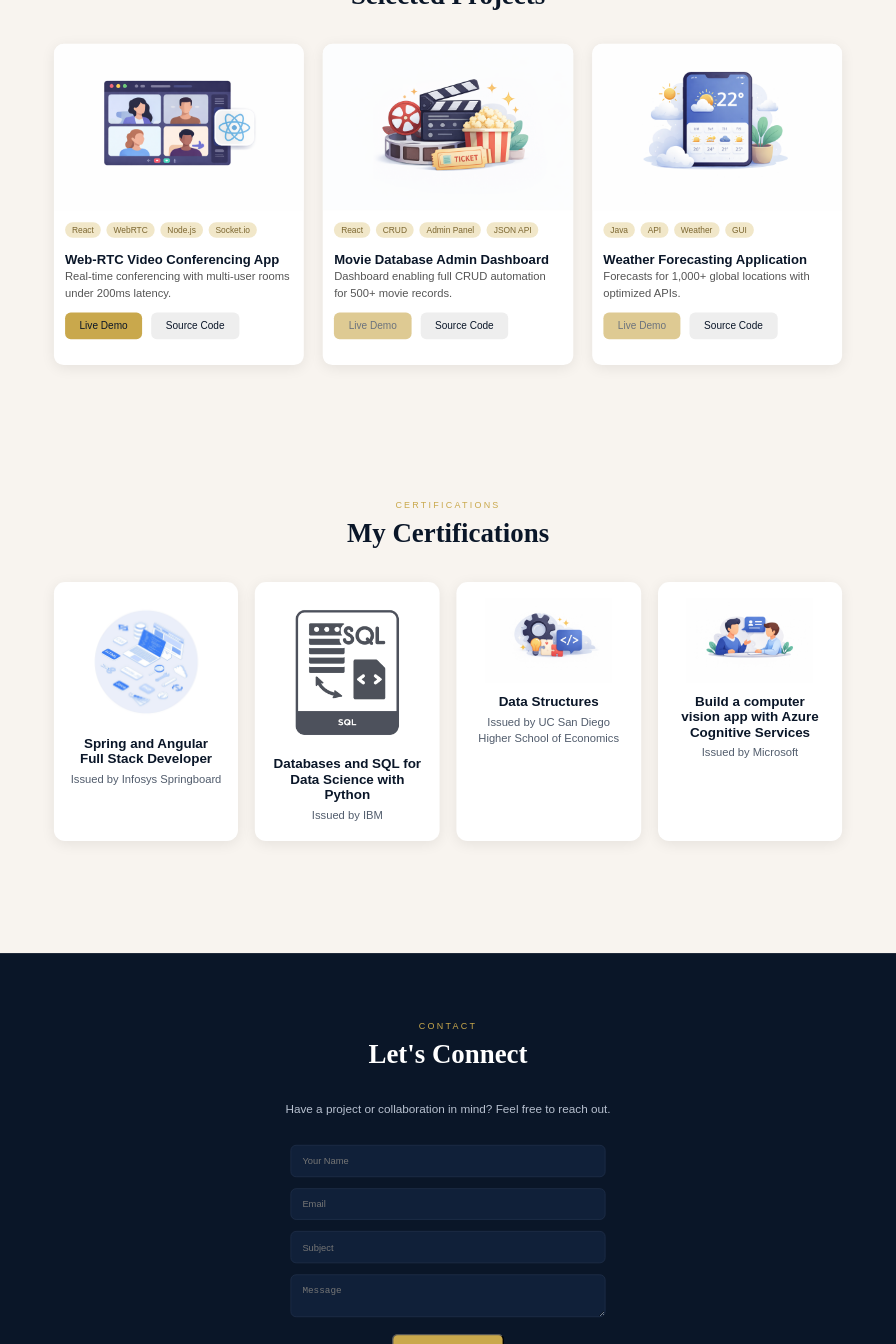
Repository: priyanshuanand12022/My-Portfolio
Page: /
The author's editor kept a copy of each file at every save. The page is drawn from the files as they stood at one save, then again after a run of saves.
The browser window is 1280 px wide. The pictures show the part of the page from y = 1301 to 3221 px (the page is 3426 px tall), at 70% of full size.
The project was rebuilt for these pictures with package versions that can differ from the ones it lists, and the page was loaded fresh each time. Also part of the build but not shown: vite.config.js.

Above is the page before, as saved 2026-02-28 22:29:39.

### index.html
<!doctype html>
<html lang="en">
  <head>
    <meta charset="UTF-8" />
    <link rel="icon" href="/favicon.png" type="image/png" sizes="32x32" />
    <link rel="apple-touch-icon" href="/favicon.png" />
    <meta name="viewport" content="width=device-width, initial-scale=1.0" />
    <title>Portfolio</title>
  </head>
  <body>
    <div id="root"></div>
    <script type="module" src="/src/main.jsx"></script>
  </body>
</html>

### src/main.jsx
import React from "react";
import ReactDOM from "react-dom/client";
import Portfolio from "./Portfolio.jsx";

ReactDOM.createRoot(document.getElementById("root")).render(
  <React.StrictMode>
    <Portfolio />
  </React.StrictMode>
);

### src/Portfolio.jsx
import { useState } from "react";
import "./Portfolio.css";
import emailjs from "emailjs-com";

// Images
import webrtcImg from "./assets/webrtc.png";
import movieImg from "./assets/movie.png";
import weatherImg from "./assets/weather.png";
import backendImg from "./assets/backend.png";
import problemImg from "./assets/problem.png";
import teamImg from "./assets/team.png";

export default function Portfolio() {
  const [submitted, setSubmitted] = useState(false);
  const [formData, setFormData] = useState({
    name: "",
    email: "",
    subject: "",
    message: "",
  });

  const handleSubmit = (e) => {
    e.preventDefault();

    emailjs
      .send(
        "service_lk6jd4n",
        "template_el7uc7k",
        {
          name: formData.name,
          email: formData.email,
          subject: formData.subject,
          message: formData.message,
        },
        "nVCyFrHKLSf0xcnOJ"
      )
      .then(() => {
        setSubmitted(true);
      })
      .catch((err) => {
        console.log("Email send error:", err);
        alert("Something went wrong!");
      });
  };

  const handleChange = (e) =>
    setFormData((prev) => ({ ...prev, [e.target.name]: e.target.value }));

  return (
    <div className="portfolio">

      {/* ================= NAVBAR ================= */}
      <nav className="nav">
  {/* Left */}
  <div className="nav-logo">Priyanshu Anand</div>

  {/* Center */}
  <ul className="nav-center">
    <li><a href="#about">About</a></li>
    <li><a href="#skills">Skills</a></li>
    <li><a href="#projects">Projects</a></li>
    <li><a href="#certifications">Certifications</a></li>
    <li><a href="#contact">Contact</a></li>
  </ul>

  {/* Right */}
  <div className="nav-right">

    {/* Resume Button */}
    <a
      href="/resume.pdf"
      className="resume-btn"
      target="_blank"
      rel="noopener noreferrer"
    >
      Resume
    </a>

    <a href="https://github.com/priyanshuanand12022" target="_blank">
      <img className="icon" src="/github.svg" alt="GitHub" />
    </a>

    <a href="https://www.linkedin.com/in/priyanshu-anand-213315353" target="_blank">
      <img className="icon" src="/linkedin.svg" alt="LinkedIn" />
    </a>
  </div>
</nav>

      {/* ================= HERO ================= */}
      <section id="about" className="hero">
        <h1>Building performant, scalable & user-focused applications</h1>

        <p className="hero-desc">
          Versatile and results-driven Full Stack Developer with hands-on
          experience in MERN, Spring Boot, and modern databases. Passionate
          about crafting efficient, scalable, and user-centered solutions
          while contributing to open-source and developer communities.
        </p>

        <div className="hero-buttons">
          <a href="#projects" className="btn-primary">View Work</a>
          <a href="#contact" className="btn-secondary">Get In Touch</a>
        </div>
      </section>

      {/* ================= SKILLS ================= */}
      <section id="skills" className="skills">
        <div className="section-tag">SKILLS</div>
        <h2 className="section-title">What I Bring</h2>

        <div className="skills-grid">

          <div className="skill-card">
            <img src={webrtcImg} alt="Frontend" className="skill-img" />
            <h3>Frontend Development</h3>
            <p>React, JavaScript, HTML, CSS, UI/UX oriented design.</p>
          </div>

          <div className="skill-card">
            <img src={backendImg} alt="Backend" className="skill-img" />
            <h3>Backend Engineering</h3>
            <p>Node.js, Spring Boot, REST APIs, MongoDB, SQL.</p>
          </div>

          <div className="skill-card">
            <img src={problemImg} alt="Problem Solving" className="skill-img" />
            <h3>Problem Solving</h3>
            <p>Strong DSA foundation, debugging, and optimization.</p>
          </div>

          <div className="skill-card">
            <img src={teamImg} alt="Team" className="skill-img" />
            <h3>Team & Leadership</h3>
            <p>Collaboration, communication, adaptability, ownership.</p>
          </div>

        </div>
      </section>

      {/* ================= PROJECTS ================= */}
      <section id="projects" className="projects">
        <div className="section-tag">PORTFOLIO</div>
        <h2 className="section-title">Selected Projects</h2>

        <div className="projects-grid">

          {/* WEBRTC */}
          <div className="project-card">
            <img src={webrtcImg} className="project-img" alt="WebRTC" />
            <div className="project-tags">
              <span>React</span>
              <span>WebRTC</span>
              <span>Node.js</span>
              <span>Socket.io</span>
            </div>
            <h3>Web-RTC Video Conferencing App</h3>
            <p>Real-time conferencing with multi-user rooms under 200ms latency.</p>

            <div className="project-buttons">
              <a href="https://webrtc-conference-app2.netlify.app" className="btn-live">Live Demo</a>
              <a href="https://github.com/priyanshuanand12022/webrtc-full-app.git" className="btn-code">Source Code</a>
            </div>
          </div>

          {/* MOVIE DASHBOARD */}
          <div className="project-card">
            <img src={movieImg} className="project-img" alt="Movie Dashboard" />
            <div className="project-tags">
              <span>React</span>
              <span>CRUD</span>
              <span>Admin Panel</span>
              <span>JSON API</span>
            </div>
            <h3>Movie Database Admin Dashboard</h3>
            <p>Dashboard enabling full CRUD automation for 500+ movie records.</p>

            <div className="project-buttons">
              <a className="btn-live disabled">Live Demo</a>
              <a href="https://github.com/priyanshuanand12022/DBMS-Movie-Ticket-Booking-System.git" className="btn-code">Source Code</a>
            </div>
          </div>

          {/* WEATHER APP */}
          <div className="project-card">
            <img src={weatherImg} className="project-img" alt="Weather App" />
            <div className="project-tags">
              <span>Java</span>
              <span>API</span>
              <span>Weather</span>
              <span>GUI</span>
            </div>
            <h3>Weather Forecasting Application</h3>
            <p>Forecasts for 1,000+ global locations with optimized APIs.</p>

            <div className="project-buttons">
              <a className="btn-live disabled">Live Demo</a>
              <a href="https://github.com/priyanshuanand12022/JAVA-WEATHER-APPLICATION-PROJECT.git" className="btn-code">Source Code</a>
            </div>
          </div>

        </div>
      </section>

      {/* ================= CERTIFICATIONS ================= */}
<section id="certifications" className="skills">
  <div className="section-tag">CERTIFICATIONS</div>
  <h2 className="section-title">My Certifications</h2>

  <div className="skills-grid">

    <div
      className="skill-card"
      onClick={() => window.open("/certificates/cert1.pdf", "_blank")}
      style={{ cursor: "pointer" }}
    >
      <img src="/cert-images/spring-angular.png" className="skill-img" />
      <h3>Spring and Angular Full Stack Developer</h3>
      <p>Issued by Infosys Springboard</p>
    </div>

    <div
      className="skill-card"
      onClick={() => window.open("/certificates/cert2.pdf", "_blank")}
      style={{ cursor: "pointer" }}
    >
      <img src="/cert-images/ibm-sql-python.png" className="skill-img" />
      <h3>Databases and SQL for Data Science with Python</h3>
      <p>Issued by IBM</p>
    </div>

    <div
      className="skill-card"
      onClick={() => window.open("/certificates/cert3.pdf", "_blank")}
      style={{ cursor: "pointer" }}
    >
      <img src={problemImg} alt="Cert 3" className="skill-img" />
      <h3>Data Structures</h3>
      <p>Issued by UC San Diego Higher School of Economics</p>
    </div>

    <div
      className="skill-card"
      onClick={() => window.open("/certificates/cert4.pdf", "_blank")}
      style={{ cursor: "pointer" }}
    >
      <img src={teamImg} alt="Cert 4" className="skill-img" />
      <h3>Build a computer vision app with Azure Cognitive Services</h3>
      <p>Issued by Microsoft</p>
    </div>

  </div>
</section>

      {/* ================= CONTACT ================= */}
      <section id="contact" className="contact">
        <div className="section-tag light">CONTACT</div>
        <h2 className="section-title light">Let's Connect</h2>

        <p className="contact-desc">
          Have a project or collaboration in mind? Feel free to reach out.
        </p>

        {submitted ? (
          <div className="thankyou">
            Thank you! I’ll get back to you soon.
          </div>
        ) : (
          <form className="contact-form" onSubmit={handleSubmit}>
            <input name="name" placeholder="Your Name" required onChange={handleChange} />
            <input name="email" type="email" placeholder="Email" required onChange={handleChange} />
            <input name="subject" placeholder="Subject" onChange={handleChange} />
            <textarea name="message" placeholder="Message" required onChange={handleChange} />
            <button className="btn-primary submit-btn">Send Message</button>
          </form>
        )}
      </section>

      {/* ================= FOOTER ================= */}
      <footer className="footer">
        © 2026 <span>Priyanshu Anand</span> — All Rights Reserved.
      </footer>

    </div>
  );
}

### src/Portfolio.css
/* GLOBAL */
* {
  margin: 0;
  padding: 0;
  box-sizing: border-box;
}

body {
  font-family: "DM Sans", sans-serif;
  background: #f8f4ef;
  color: #0a1628;
}

.portfolio {
  width: 100%;
  overflow-x: hidden;
}

/* ================= NAV ================= */
.nav {
  display: flex;
  justify-content: space-between;
  align-items: center;
  padding: 1.1rem 6%;
  position: fixed;
  top: 0;
  width: 100%;
  background: rgba(10, 22, 40, 0.95);
  backdrop-filter: blur(10px);
  z-index: 2000;
}

.nav-logo {
  color: white;
  font-weight: 700;
  font-size: 1.6rem;
  letter-spacing: 0.5px;
}

.nav {
  display: flex;
  justify-content: space-between;   /* keeps left, center, right separated */
  align-items: center;
  padding: 1.2rem 6%;
  position: fixed;
  top: 0;
  width: 100%;
  background: rgba(10, 22, 40, 0.92);
  backdrop-filter: blur(10px);
  z-index: 200;
}

/* Center nav links */
.nav-center {
  position: absolute;
  left: 50%;
  transform: translateX(-50%);   /* centers exactly */
  display: flex;
  gap: 2rem;
  list-style: none;
}

.nav-center a {
  color: #c9cbd1;
  text-decoration: none;
  font-size: 0.88rem;
}

.resume-btn {
  border: 1px solid #c9a84c;
  background: transparent;
  color: #c9a84c;
  padding: 6px 16px;
  border-radius: 6px;
  text-decoration: none;
  font-size: 0.85rem;
  font-weight: 600;
  transition: 0.2s ease;
}

.resume-btn:hover {
  background: #c9a84c;
  color: #0a1628;
}

.nav-center a:hover {
  color: #e8c97a;
}

/* Right social icons */
.nav-right {
  display: flex;
  gap: 1.2rem;
  align-items: center;
}

.nav-logo span {
  color: #c9a84c;
}

/* Nav links */
.nav-links {
  display: flex;
  gap: 2rem;
  list-style: none;
}

.nav-links a {
  color: #c9cbd1;
  text-decoration: none;
  font-size: 0.88rem;
  transition: 0.2s ease;
}

.nav-links a:hover {
  color: #e8c97a;
}

/* Social Icons Right Side */
.nav-social {
  display: flex;
  align-items: center;
  gap: 1rem;
}

.nav-social .icon {
  width: 22px;
  height: 22px;
  filter: brightness(0) invert(1); /* white icons */
  opacity: 0.85;
  transition: 0.2s;
}

.nav-social .icon:hover {
  opacity: 1;
  transform: scale(1.15);
}

/* ================= HERO ================= */
.hero {
  background: #0a1628;
  color: white;
  padding: 10rem 6% 7rem;
}

.hero h1 {
  font-family: "Playfair Display", serif;
  font-size: 3.4rem;
  max-width: 750px;
  line-height: 1.2;
}

.hero-desc {
  margin-top: 1.3rem;
  color: #aeb5c3;
  max-width: 620px;
  line-height: 1.6;
}

.hero-buttons {
  margin-top: 2rem;
  display: flex;
  gap: 1rem;
}

.btn-primary {
  background: #c9a84c;
  color: #0a1628;
  padding: 0.9rem 2rem;
  border-radius: 8px;
  text-decoration: none;
  font-weight: 600;
}

.btn-secondary {
  background: white;
  color: #0a1628;
  padding: 0.9rem 2rem;
  border-radius: 8px;
  text-decoration: none;
  font-weight: 600;
}

/* ================= SECTION HEADERS ================= */
.section-tag {
  text-align: center;
  letter-spacing: 0.25em;
  color: #c9a84c;
  font-size: 0.8rem;
}

.section-title {
  text-align: center;
  font-family: "Playfair Display", serif;
  font-size: 2.4rem;
  margin: 0.7rem 0 3rem;
}

/* ================= SKILLS ================= */
.skills {
  padding: 6rem 6%;
}

.skills-grid {
  display: grid;
  grid-template-columns: repeat(auto-fit, minmax(260px, 1fr));
  gap: 1.5rem;
}

.skill-card {
  background: white;
  padding: 1.5rem;
  border-radius: 16px;
  text-align: center;
  min-height: 260px;
  box-shadow: 0 4px 20px rgba(0, 0, 0, 0.08);
}

.skill-img {
  width: 180px;
  margin: 0 auto 1rem;
  display: block;
}

.skill-card h3 {
  font-size: 1.2rem;
  margin-bottom: 0.4rem;
}

.skill-card p {
  color: #515c6c;
  line-height: 1.5;
}

/* ================= PROJECTS ================= */
.projects {
  padding: 6rem 6%;
}

.projects-grid {
  display: grid;
  grid-template-columns: repeat(auto-fit, minmax(290px, 1fr));
  gap: 1.7rem;
}

.project-card {
  background: white;
  border-radius: 14px;
  padding-bottom: 1.3rem;
  box-shadow: 0 4px 20px rgba(0, 0, 0, 0.08);
}

.project-img {
  width: 100%;
  border-radius: 14px 14px 0 0;
}

.project-tags {
  display: flex;
  gap: 8px;
  flex-wrap: wrap;
  padding: 0.8rem 1rem;
}

.project-tags span {
  background: #f1e7c9;
  color: #7b6630;
  padding: 4px 10px;
  border-radius: 20px;
  font-size: 0.75rem;
}

.project-card h3 {
  padding: 0 1rem;
  margin-top: 0.5rem;
}

.project-card p {
  padding: 0 1rem;
  color: #555;
  line-height: 1.5;
}

.project-buttons {
  padding: 1rem;
  display: flex;
  gap: 0.8rem;
}

.btn-live {
  background: #c9a84c;
  color: #0a1628;
  padding: 0.7rem 1.3rem;
  border-radius: 8px;
  font-size: 0.9rem;
  text-decoration: none;
}

.btn-code {
  background: #eee;
  color: #0a1628;
  padding: 0.7rem 1.3rem;
  border-radius: 8px;
  font-size: 0.9rem;
  text-decoration: none;
}

.disabled {
  opacity: 0.6;
  pointer-events: none;
}

/* ================= CONTACT ================= */
.contact {
  background: #0a1628;
  color: white;
  padding: 6rem 6%;
  margin-top: 4rem;
  text-align: center;
}

.section-title.light {
  color: white;
}

.contact-desc {
  margin-top: 1rem;
  color: #b7c0cf;
  font-size: 1.05rem;
}

.contact-form {
  margin-top: 2.5rem;
  max-width: 450px;
  margin-left: auto;
  margin-right: auto;
  display: flex;
  flex-direction: column;
  gap: 1rem;
}

.contact-form input,
.contact-form textarea {
  padding: 0.9rem 1rem;
  background: #102039;
  border-radius: 8px;
  border: 1px solid #21324d;
  color: white;
}

.submit-btn {
  margin-top: 0.5rem;
  align-self: center;
}

/* ================= FOOTER ================= */
.footer {
  text-align: center;
  padding: 1.8rem 0;
  background: #0a1628;
  color: #c2cad6;
}

.footer span {
  color: #e6c878;
}

After the next 3 saves:
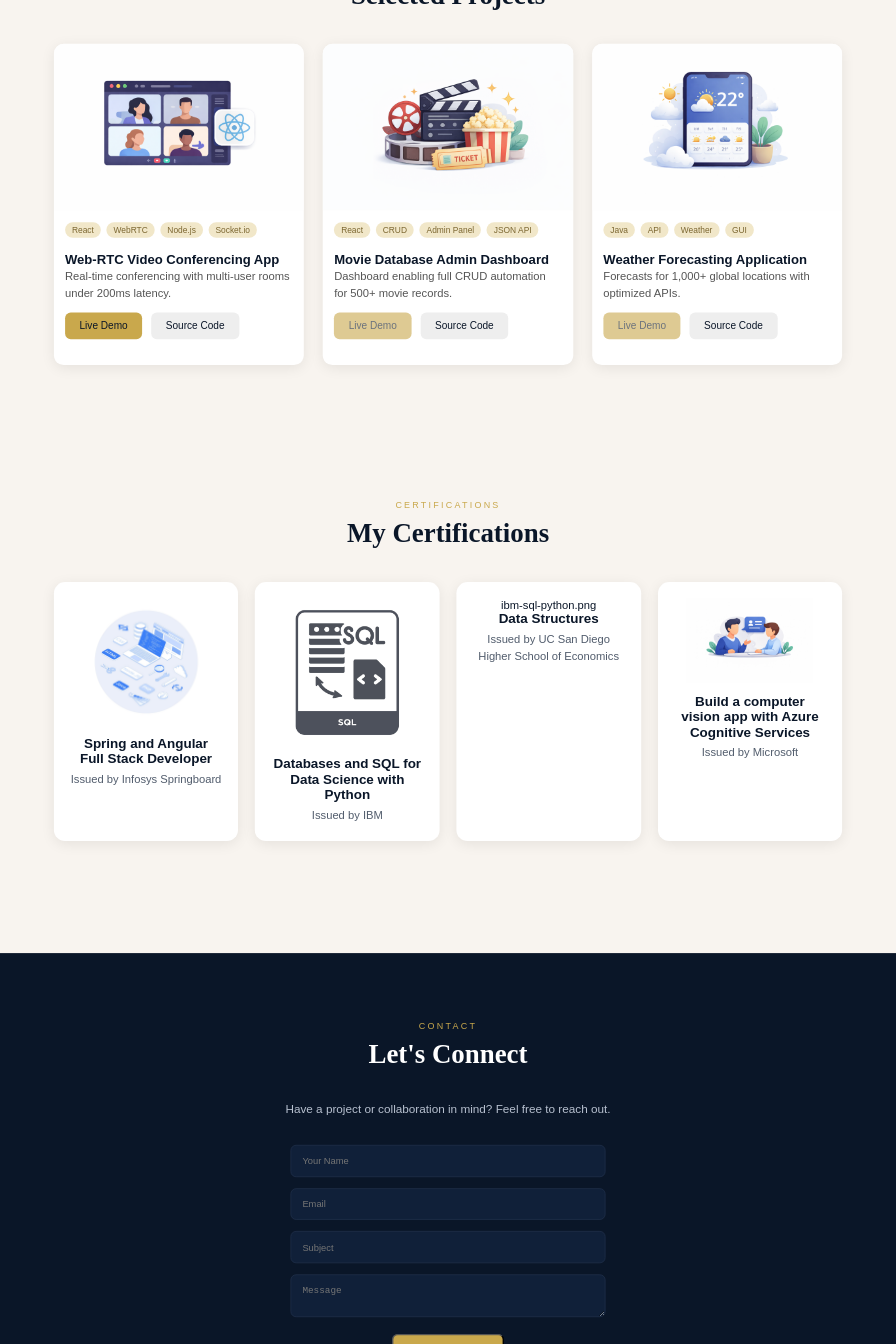
The 3 saves are shown as one change because they came seconds apart.
The last was saved 13 s later.
--- a/src/Portfolio.jsx
+++ b/src/Portfolio.jsx
@@ -233,7 +233,7 @@ export default function Portfolio() {
       onClick={() => window.open("/certificates/cert3.pdf", "_blank")}
       style={{ cursor: "pointer" }}
     >
-      <img src={problemImg} alt="Cert 3" className="skill-img" />
+      ibm-sql-python.png
       <h3>Data Structures</h3>
       <p>Issued by UC San Diego Higher School of Economics</p>
     </div>
